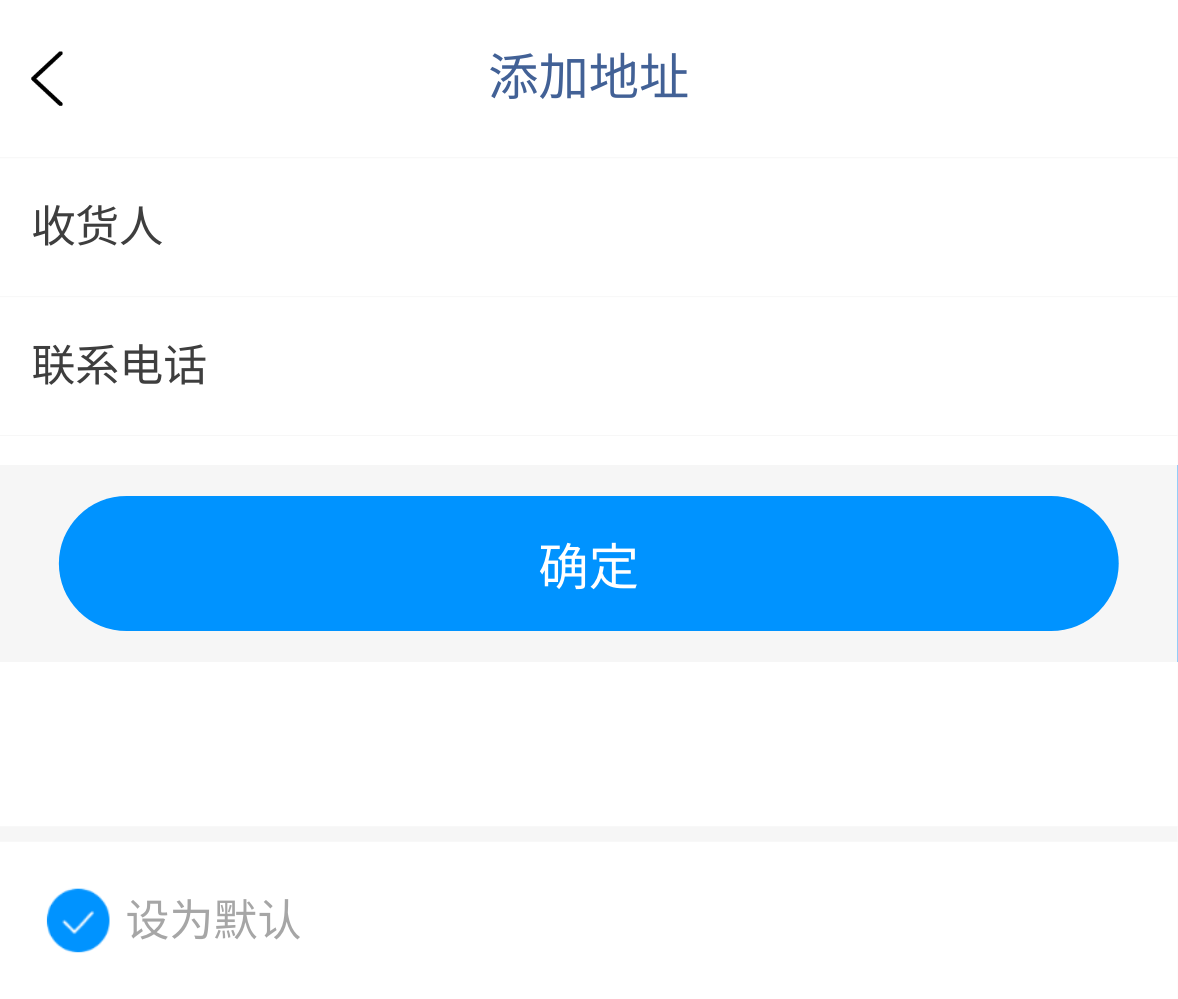
Repository: 421538074/sell
Page: consumer/manage-address.html
The author's editor kept a copy of each file at every save. The page is drawn from the files as they stood at one save, then again after the next save.
The browser window is 1280 px wide. The pictures show the whole page, at 92% of full size.

Above is the page before, as saved 2019-06-03 17:57:18.

### consumer/manage-address.html
<!DOCTYPE html>
<html lang="en">

<head>
    <meta charset="UTF-8">
    <meta name="viewport" content="width=device-width, initial-scale=1.0">
    <meta http-equiv="X-UA-Compatible" content="ie=edge">
    <title>地址管理</title>
    <link rel="stylesheet" href="../css/jquery.weui.css">
    <link rel="stylesheet" href="../css/base.css">
    <link rel="stylesheet" href="css/common.css">
    <link rel="stylesheet" href="css/manage-address.css">
</head>

<body>
    <div id="app" class="content">
        <nav class="nav-bar-wrapper">
            <img @click="back" src="../img/back.png" class="back-icon">
            <p class="nav-bar-title">{{title}}</p>
        </nav>
        <ul class="address-wrapper">
            <li class="address-item">
                <label class="title">收货人</label>
                <input type="text" class="input-item">
            </li>
            <li class="address-item">
                <label class="title">联系电话</label>
                <input type="text" class="input-item">
            </li>
            <li class="address-item">
                <label class="title">所在地区</label>
                <input id="city-picker" readonly placeholder="请选择你的地区" type="text" class="input-item arrow-right">
            </li>
            <li class="address-item">
                <textarea class="detail-address" placeholder="请填写详细地址"></textarea>
            </li>
        </ul>
        <p @click="triggerDefault" class="set-default-adderss" :class="{active:isSetDefault}">
            <img v-if="!isSetDefault" src="../img/按钮1.png" class="default-icon">
            <img v-else src="../img/checked.png" class="default-icon">
            <span class="set-default-title">设为默认</span>
        </p>
        <div class="confirm-wrapper">
            <button class="confirm-add">
                确定
            </button>
        </div>
    </div>
    <script src="../js/api.js"></script>
    <script src="../js/jquery.min.js"></script>
    <script src="../js/weui.min.js"></script>
    <script src="../js/picker.city.min.js"></script>
    <script src="../js/vue.js"></script>
    <script src="js/vue-mixin.js"></script>
    <script src="js/manage-address.js"></script>
</body>

</html>

### css/base.css
/* http://meyerweb.com/eric/tools/css/reset/
   v2.0 | 20110126
   License: none (public domain)
*/

html,
body,
div,
span,
applet,
object,
iframe,
h1,
h2,
h3,
h4,
h5,
h6,
p,
blockquote,
pre,
a,
abbr,
acronym,
address,
big,
cite,
code,
del,
dfn,
em,
img,
ins,
kbd,
q,
s,
samp,
small,
strike,
strong,
sub,
sup,
tt,
var,
b,
u,
i,
center,
dl,
dt,
dd,
ol,
ul,
li,
fieldset,
form,
label,
legend,
table,
caption,
tbody,
tfoot,
thead,
tr,
th,
td,
article,
aside,
canvas,
details,
embed,
figure,
figcaption,
footer,
header,
hgroup,
menu,
nav,
output,
ruby,
section,
summary,
time,
mark,
audio,
video {
    margin: 0;
    padding: 0;
    border: 0;
    font-size: 100%;
    font: inherit;
    vertical-align: baseline;
}

/* HTML5 display-role reset for older browsers */
article,
aside,
details,
figcaption,
figure,
footer,
header,
hgroup,
menu,
nav,
section {
    display: block;
}

body {
    line-height: 1;
}

ol,
ul {
    list-style: none;
}

blockquote,
q {
    quotes: none;
}

blockquote:before,
blockquote:after,
q:before,
q:after {
    content: '';
    content: none;
}

table {
    border-collapse: collapse;
    border-spacing: 0;
}


body,
html {
    font-size: calc(100vw / 37.5) !important;
    font-family: PingFangSC-Medium;
    background: #F2F2F2;
}


[v-cloak] {
    display: none;
}


hr {
    margin: 0;
    padding: 0;
}

.clearfix {
    zoom: 1;
}

.clearfix:after {
    content: ".";
    display: block;
    visibility: hidden;
    height: 0;
    clear: both;
}

[v-cloak] {
    display: none;
}

### consumer/css/common.css
*{
    box-sizing: border-box;
}
html,body{
    background: #f6f6f6;
}
html,body,div.content{
    height: 100%;
}
/*底部菜单栏*/
nav.tool-bar-wrapper {
    height: 5rem;
    background: #ffffff;
    display: flex;
    align-items: center;
    justify-content: space-around;
}
a.nav-item {
    color: #888888;
    text-decoration: none;
    font-size: 1.5rem;
    display: flex;
    flex-direction: column;
    align-items: center;
    justify-content: space-around;
    height: 90%;
}
a.nav-item.active{
    color: #0093FF;
}
img.nav-item-icon{
    width: 1.5rem;
    height: 1.5rem;
}
.ellipsis{
    overflow: hidden;
    white-space: nowrap;
    text-overflow: ellipsis;
}
/*顶部返回栏 */
nav.nav-bar-wrapper {
    background: #FFFFFF;
    height: 5rem;
    display: flex;
    align-items: center;
    justify-content: space-around;
    position: fixed;
    width: 100%;
    top: 0;
    z-index: 2;
    font-size: 1.6rem;
    color: #426196;
}
img.back-icon {
    position: absolute;
    width: 1rem;
    left: 1rem;
}

### consumer/css/manage-address.css
div.content{
    padding-top: 5rem;
}
ul.address-wrapper {
    background: #FFFFFF;
}
li.address-item {
    border-top: 1px solid #f6f6f6;
    padding: 1.5rem 1rem;
    display: flex;
    align-items: center;
    justify-content: space-between;
}
label.title {
    color: #3E3E3E;
    font-size: 1.4rem;
    width: 20%;
}
input.input-item {
    width: 80%;
    outline: 0;
    border: none;
}
input.arrow-right{
    text-align: right;
    padding-right: 1.5rem;
    background: url(../../img/arrow-right.png) no-repeat;
    background-size: 0.8rem;
    background-position: right center;
}
textarea.detail-address {
    width: 100%;
    height: 5rem;
    border: none;
    resize: none;
    outline: 0;
}
textarea::-webkit-input-placeholder,input::-webkit-input-placeholder {
    color: #A6A6A6;
}
p.set-default-adderss {
    background: #FFFFFF;
    margin-top: 0.5rem;
    display: flex;
    align-items: center;
}
img.default-icon {
    width: 2rem;
    height: auto;
}
.set-default-adderss span.set-default-title {
    color: #A6A6A6;
    font-size: 1.4rem;
    margin-left: 0.5rem;
}
.set-default-adderss.active span.set-default-title {
    color: #A6A6A6;
    font-size: 1.4rem;
    margin-left: 0.5rem;
}
p.set-default-adderss {
    background: #FFFFFF;
    margin-top: 0.5rem;
    display: flex;
    align-items: center;
    padding: 1.5rem;
}
.confirm-wrapper {
    position: fixed;
    width: 100%;
    bottom: 0;
    background: #f6f6f6;
}
button.confirm-add {
    background: #0093FF;
    border: none;
    outline: 0;
    color: #FFFFFF;
    width: 90%;
    display: block;
    margin: 1rem auto;
    padding: 1rem;
    border-radius: 10rem;
    font-size: 1.6rem;
}
.toolbar .toolbar-inner{
    height: 4rem;
    display: flex;
    align-items: center;
}
.toolbar, .toolbar .title{
    font-size: 1.6rem;
}
.weui-picker-modal{
    height: 23rem;
}
.weui-picker-modal .picker-modal-inner {
    height: 20.8rem;
}
.weui-picker-modal .picker-item{
    font-size: 1.5rem
}

### js/api.js
function getUrlKey(name) {
    return decodeURIComponent((new RegExp('[?|&]' + name + '=' + '([^&;]+?)(&|#|;|$)').exec(location.href) || [, ""])[1].replace(/\+/g, '%20')) || null;
}


// window.warn = {
//     alert: function alert(msg) {
//         var template = `
// `
//         $('body').append(template);
//         $('.alert-body').animate({
//             top: "40px"
//         }, 200);
//         // setTimeout(function () {
//         //     warn.close();
//         // }, 1500);
//     },
//     close: function close() {
//         $('.alert-body').animate({
//             top: "-280px"
//         }, 200);
//         setTimeout(function () {
//             $('#alert-msg').remove();
//         }, 200);
//     }
// };

### consumer/js/vue-mixin.js
Vue.mixin({
    methods: {
        /**
         * 返回
         */
        back() {
            history.go(-1);
        },
        /**
         * 限制长度
         * @param {String} 要限制长度的字段
         * @param {Number} 长度
         */
        limitLength(key, length) {
            this[key] = this[key].substring(0, length);
        },
        /**
         * 验证11位手机号
         * @param {Number} phone
         */
        validatePhone(phone) {
            const phoneReg = /^[1-9][0-9]{9}[0-9]$/;
            return phoneReg.test(phone);
        },
        /**
         * 发送手机验证码
         * @param {Number} waitTimeKey 等待时间键名
         * @param {String} tipsKey 发送验证码显示的信息的键名
         * @param {String} phoneKey 手机号键名
         * @param {String} reSendMsg  按钮默认显示的文字
         */
        sendCode(waitTimeKey, tipsKey, phoneKey, defaultMsg) {
            if (!this.validatePhone(this[phoneKey])) {
                alert('无效手机号!');
                return;
            }
            if (this[waitTimeKey] == 60) {
                $.post('', {
                        phone: this[phoneKey]
                    }, (res) => {
                        if (res.status == 1) {
                            const interval = setInterval(() => {
                                if (this[waitTimeKey] == 1) {
                                    this[waitTimeKey] = 60;
                                    this[tipsKey] = defaultMsg;
                                    clearInterval(interval);
                                    return;
                                }
                                this[waitTimeKey] -= 1;
                                this[tipsKey] = `${this[waitTimeKey]}s`;
                            }, 1000);
                        } else {
                            alert('发送失败!');
                        }
                    }, 'json')
                    .fail(err => {
                        alert('服务器异常!');
                    });
            }
        },
        /**
         * 链接跳转
         * @param {String} url
         */
        linkTo(url) {
            window.location.href = url;
        },
        /**
         * 获得URL参数
         */
        getParams() {
            var list = location.search.substring(1).split('&');
            var param = {};
            list.forEach(function (value) {
                var temp = value.split('=');
                param[temp[0]] = temp[1];
            });
            return param;
        }
    },
    filters: {

    }
})

### consumer/js/manage-address.js
new Vue({
    el: '#app',
    data() {
        return {
            title: '',
            isSetDefault: true
        }
    },
    methods: {
        triggerDefault() {
            this.isSetDefault = !this.isSetDefault;
        },
        // 初始化城市选择器
        initCityPicker() {
            $("#city-picker").cityPicker({
                title: "请选择"
            });
        }
    },
    created() {
        if (this.getParams().type == 'edit') {
            this.title = '编辑地址';
        } else {
            this.title = '添加地址';
        }
        this.$nextTick(() => {
            this.initCityPicker();
        });
    },
})

Loaded but not shown: css/jquery.weui.css (library); js/jquery.min.js (library); js/weui.min.js (library); js/picker.city.min.js (library); js/vue.js (library)

After the next save:
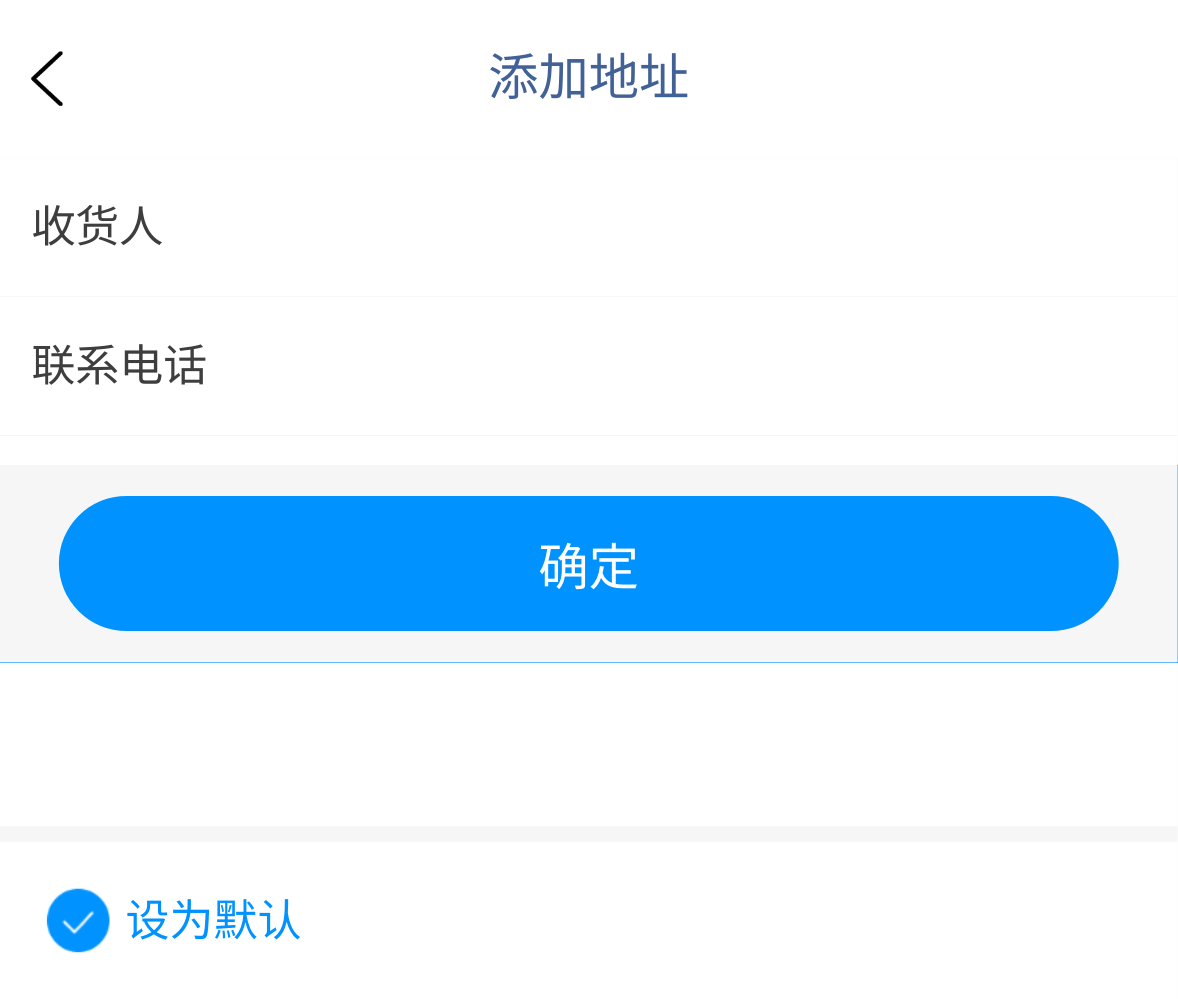
Saved 31 s later.
--- a/consumer/css/manage-address.css
+++ b/consumer/css/manage-address.css
@@ -54,7 +54,7 @@ img.default-icon {
     margin-left: 0.5rem;
 }
 .set-default-adderss.active span.set-default-title {
-    color: #A6A6A6;
+    color: #0093FF;
     font-size: 1.4rem;
     margin-left: 0.5rem;
 }
